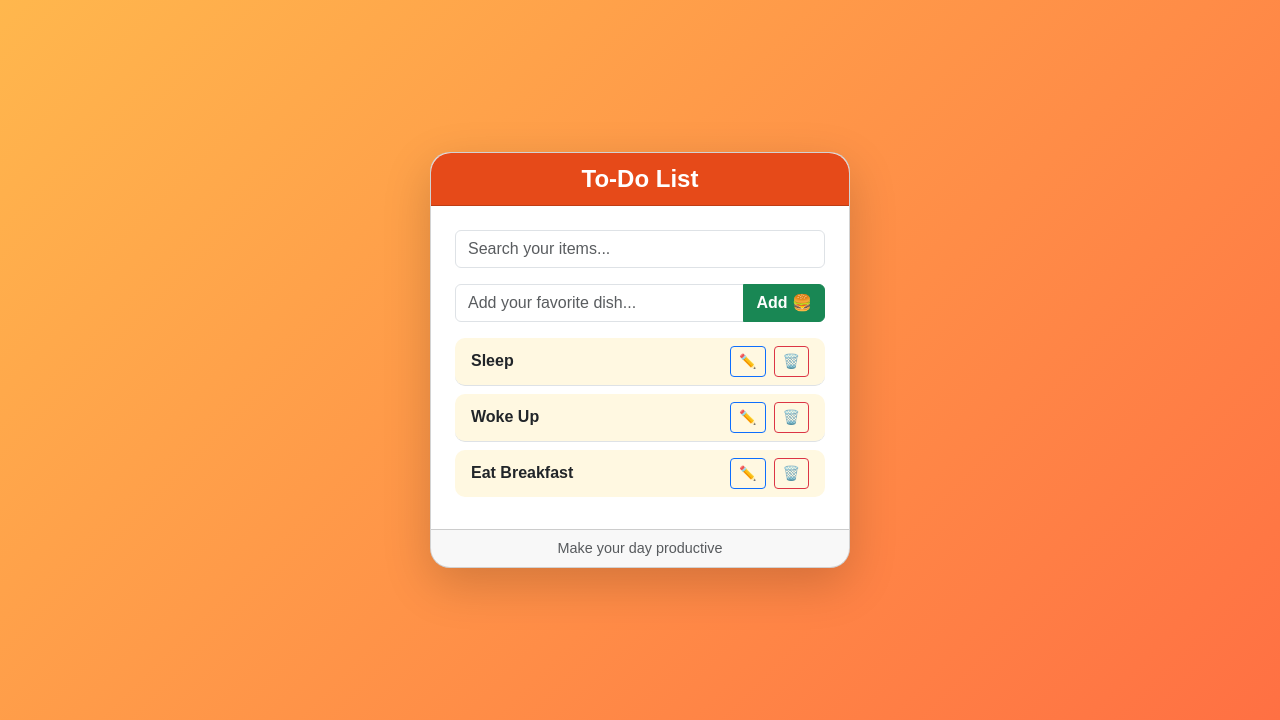
Repository: Dredphoenix/react-todo-app
Page: /
The author's editor kept a copy of each file at every save. The page is drawn from the files as they stood at one save, then again after the next save.
The browser window is 1280 px wide. The pictures show the whole page.
The project was rebuilt for these pictures with package versions that can differ from the ones it lists, and the page was loaded fresh each time. Also part of the build but not shown: vite.config.js.

Above is the page before, as saved 2025-09-29 08:36:07.

### src/App.jsx
import React from 'react';
import { BrowserRouter as Router, Routes, Route, Navigate } from 'react-router-dom';
import Home from './pages/Home';

function App() {


  return (
    <Home/>
  );
}

export default App;

### src/pages/Home.jsx
import React, { useState } from "react";
import "bootstrap/dist/css/bootstrap.min.css";

const Home = () => {
 const [items, setItems] = useState(["Sleep", "Woke Up", "Eat Breakfast"]);
  const [input, setInput] = useState("");
  const [editIndex, setEditIndex] = useState(-1);
  const [search, setSearch] = useState("");

  // Handle Add / Edit
  const handleAdd = () => {
    const trimmed = input.trim();

    if (!trimmed) {
      alert("Please enter a valid input");
      return;
    }

    const isExist = items.find(
      (item) => item.toLowerCase() === trimmed.toLowerCase()
    );

    if (isExist && editIndex === -1) {
      alert("List item already exists");
      return;
    }

    if (editIndex === -1) {
      setItems([...items, trimmed]);
    } else {
      const updated = [...items];
      updated[editIndex] = trimmed;
      setItems(updated);
      setEditIndex(-1);
    }

    setInput("");
  };

  // Delete item
  const handleDelete = (index) => {
    const updated = items.filter((_, i) => i !== index);
    setItems(updated);
  };

  // Edit item
  const handleEdit = (index) => {
    setInput(items[index]);
    setEditIndex(index);
  };

  // Search filter
  const filteredItems = items.filter((item) =>
    item.toLowerCase().includes(search.toLowerCase())
  );

  // Add using Enter key
  const handleEnter = (e) => {
    if (e.key === "Enter") handleAdd();
  };

  return (
    <div
      className="min-vh-100 d-flex align-items-center justify-content-center"
      style={{
        background: "linear-gradient(135deg, #FFB74D, #FF7043)",
        fontFamily: "Poppins, sans-serif",
      }}
    >
      <div className="card shadow-lg" style={{ width: "420px", borderRadius: "20px" }}>
        <div
          className="card-header text-center text-white fw-bold"
          style={{
            backgroundColor: "#E64A19",
            borderTopLeftRadius: "20px",
            borderTopRightRadius: "20px",
            fontSize: "1.5rem",
          }}
        >
          To-Do List
        </div>

        <div className="card-body p-4">
          <div className="input-group mb-3">
            <input
              type="text"
              className="form-control"
              placeholder="Search your items..."
              value={search}
              onChange={(e) => setSearch(e.target.value)}
            />
          </div>


          <div className="input-group mb-3">
            <input
              type="text"
              className="form-control"
              placeholder={editIndex === -1 ? "Add your favorite dish..." : "Edit item..."}
              value={input}
              onChange={(e) => setInput(e.target.value)}
              onKeyDown={handleEnter}
            />
            <button
              className={`btn ${editIndex === -1 ? "btn-success" : "btn-primary"} fw-bold`}
              onClick={handleAdd}
            >
              {editIndex === -1 ? "Add 🍔" : "Update ✏️"}
            </button>
          </div>


          {filteredItems.length === 0 ? (
            <p className="text-center text-muted fst-italic">
              🥗 Nothing to show...
            </p>
          ) : (
            <ul className="list-group list-group-flush">
              {filteredItems.map((item, index) => (
                <li
                  key={index}
                  className="list-group-item d-flex justify-content-between align-items-center"
                  style={{
                    borderRadius: "10px",
                    background: "#FFF8E1",
                    marginBottom: "8px",
                  }}
                >
                  <span className="fw-semibold">{item}</span>
                  <div>
                    <button
                      className="btn btn-sm btn-outline-primary me-2"
                      onClick={() => handleEdit(index)}
                    >
                      ✏️
                    </button>
                    <button
                      className="btn btn-sm btn-outline-danger"
                      onClick={() => handleDelete(index)}
                    >
                      🗑️
                    </button>
                  </div>
                </li>
              ))}
            </ul>
          )}
        </div>

        <div
          className="card-footer text-center text-muted"
          style={{
            fontSize: "0.9rem",
            borderBottomLeftRadius: "20px",
            borderBottomRightRadius: "20px",
          }}
        >
          Make your day productive
        </div>
      </div>
    </div>
  );
};

export default Home;

Loaded but not shown: src/main.jsx (common file); src/index.css (no stored copy; drawn as an empty file)

After the next save:
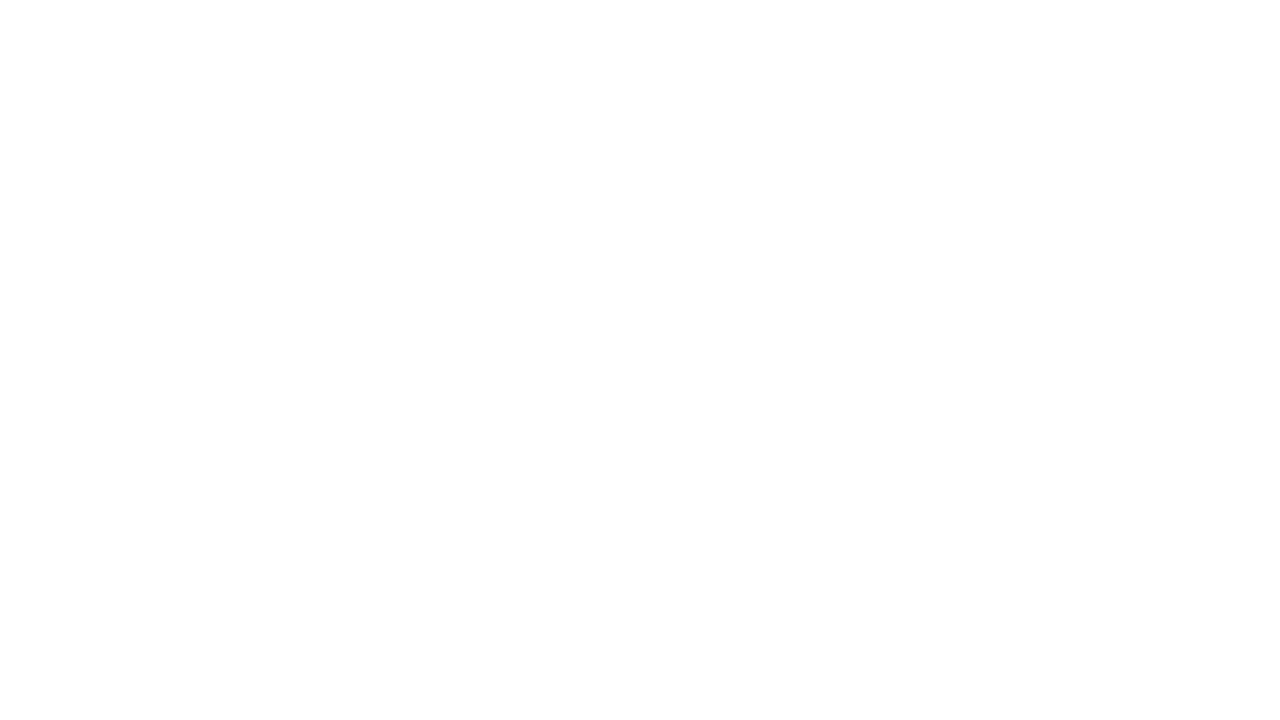
Console error: ReferenceError: imp is not defined
Saved 60 min 21 s later.
--- a/src/pages/Home.jsx
+++ b/src/pages/Home.jsx
@@ -1,5 +1,6 @@
 import React, { useState } from "react";
 import "bootstrap/dist/css/bootstrap.min.css";
+imp
 
 const Home = () => {
  const [items, setItems] = useState(["Sleep", "Woke Up", "Eat Breakfast"]);

After the save that followed:
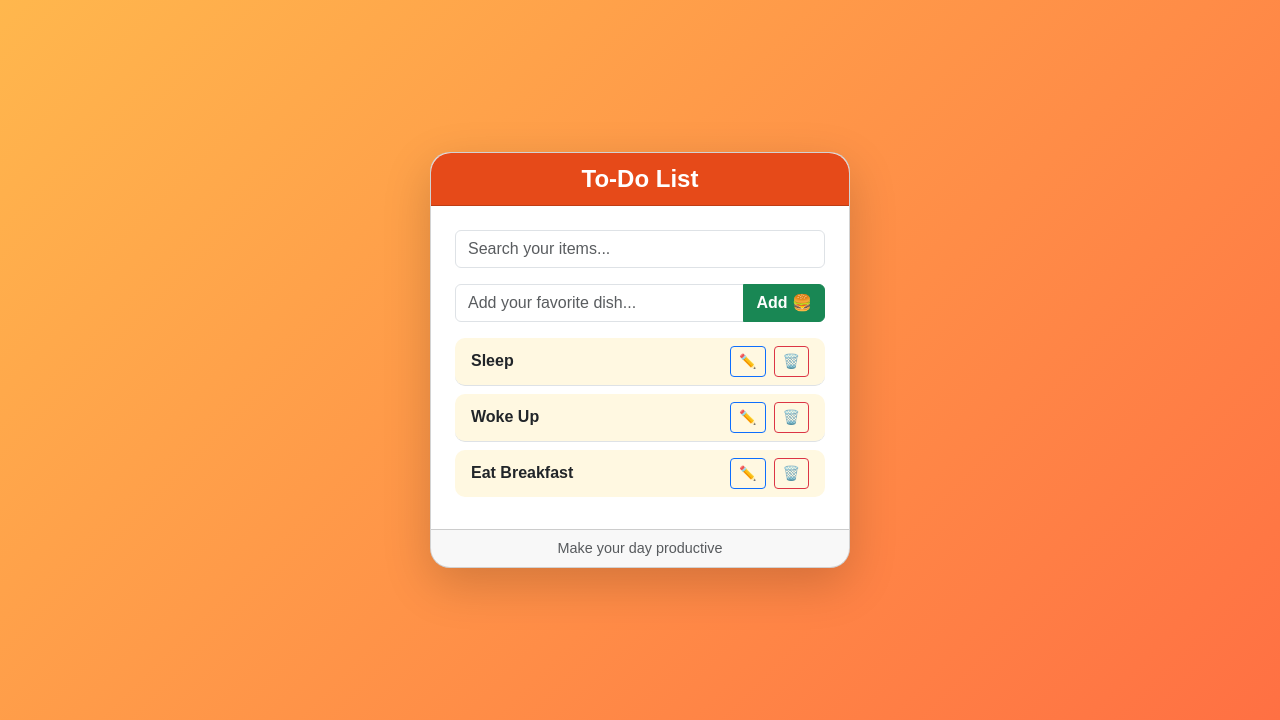
The error is gone.
Saved 5 s later.
--- a/src/pages/Home.jsx
+++ b/src/pages/Home.jsx
@@ -1,6 +1,6 @@
 import React, { useState } from "react";
 import "bootstrap/dist/css/bootstrap.min.css";
-imp
+import axios from "axios";
 
 const Home = () => {
  const [items, setItems] = useState(["Sleep", "Woke Up", "Eat Breakfast"]);
